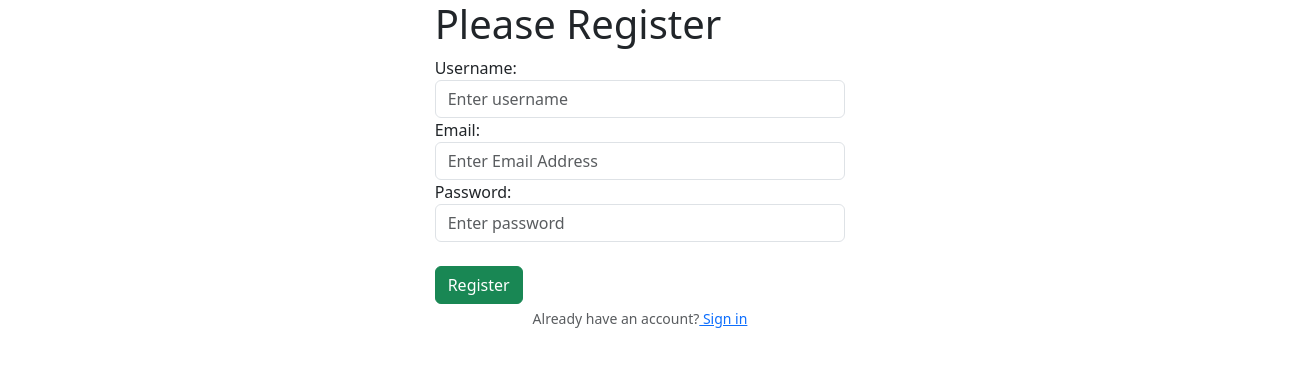
Repository: oksana117/news-app
Page: /register (app in client/)
An editor plug-in stored every save of this project. The page is shown before and after a run of saves, followed by the edit.
The browser window is 1280 px wide. The page is 1292 px wide, so the pictures cover 1292 px, including what lies to the right of the window. The pictures show the whole page.
The project was rebuilt for these pictures with package versions that can differ from the ones it lists, and the page was loaded fresh each time. Also part of the build but not shown: client/vite.config.js, client/src/Login.jsx.

Above is the page before, as saved 2024-09-26 17:29:34.

### client/index.html
<!doctype html>
<html lang="en">

<head>
  <meta charset="UTF-8" />
  <link rel="icon" type="image" href="/newspaper.png" />
  <meta name="viewport" content="width=device-width, initial-scale=1.0" />
  <title>Latest News</title>
</head>

<body>
  <div id="root"></div>
  <script type="module" src="/src/main.jsx"></script>
</body>

</html>

### client/src/main.jsx
import { StrictMode } from 'react'
import { createRoot } from 'react-dom/client'

import App from './App.jsx'
import 'font-awesome/css/font-awesome.min.css';
//import './index.css'

createRoot(document.getElementById('root')).render(
  <StrictMode>
    <App />
  </StrictMode>,
)

### client/src/App.jsx

import 'bootstrap/dist/css/bootstrap.min.css'
import Register from './Register'
import Login from './Login'
import {BrowserRouter, Routes, Route} from 'react-router-dom'

//import reactLogo from './assets/react.svg'
//import viteLogo from '/vite.svg'
//import './App.css'

function App() {

  return (

    <BrowserRouter>
      <Routes>
        <Route path='/register' element={<Register />}></Route>
        <Route path='/login' element={<Login/>}></Route>
      </Routes>
    </BrowserRouter>


  )
}

export default App

### client/src/Register.jsx

import { useState } from "react";
import axios from 'axios';
import { useNavigate } from "react-router-dom";

function Register() {

    const [name, SetName] = useState()
    const [email, SetEmail] = useState()
    const [password, SetPassword] = useState()
    const navigate = useNavigate()

    const handleSubmit = (e) => {
        e.preventDefault()
        axios.post('http://localhost:3001/register', { name, email, password }) //to pass the data here
            .then(result => {
                console.log(result)
                navigate('/login')
             })
            .catch(err => console.log(err))

    }

    return(
    <div className="row">
        <div className="offset-md-4 col-md-4">
            <h1 className id="font2">Please Register</h1>
            <form onSubmit={handleSubmit}>
                <fieldset className="form-group">
                    <label className="username"  id="font2">Username: </label>
                        <input type="text" className="form-control" name="username" placeholder="Enter username" id="username" required
                            onChange={(e) => SetName(e.target.value)}
                        />
                </fieldset>


                <fieldset className="form-group">
                    <label htmlFor="email" className id="font2">Email: </label>
                    <input type="email" className="form-control"
                    name="email" placeholder="Enter Email Address"
                    id="email"  onChange={(e) => SetEmail(e.target.value)} required/>
                </fieldset>
                     <fieldset className="form-group">
                    <label htmlFor="password"  id="font2">Password: </label>
                    <input type="password" className="form-control"
                    name="password" placeholder="Enter password"
                    id="password"  onChange={(e) => SetPassword(e.target.value)} required/>
                </fieldset>

                    <br></br>
                <fieldset className="form-group text-right">
                    <button type="submit" className="btn btn-success"> Register  </button>

                </fieldset>
                <p className="text-center text-muted small pt-1">
                    Already have an account?
                    <a href="/login"> Sign in</a>
                </p>

            </form>
        </div>
    </div>

);
}

export default Register;

After the next 2 saves:
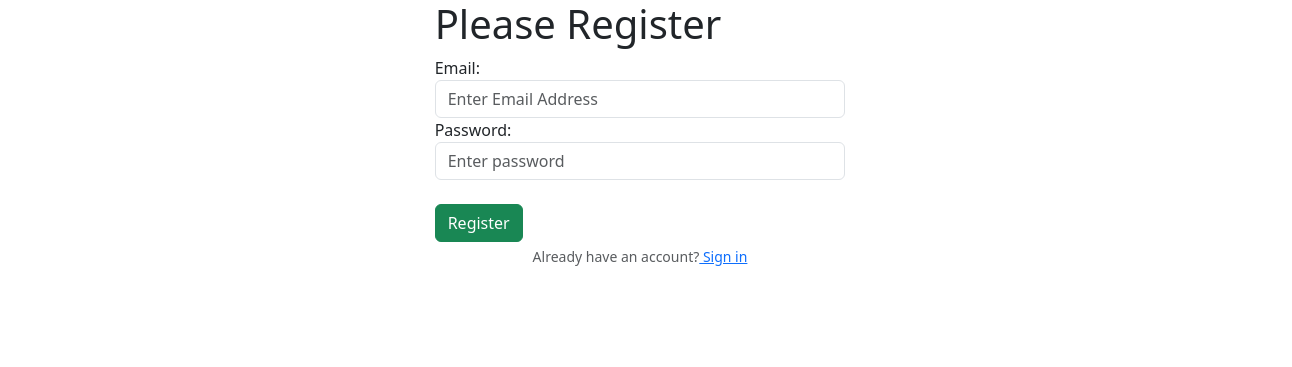
The 2 saves are shown as one change because they came seconds apart.
The last was saved 39 s later.
--- a/client/src/Register.jsx
+++ b/client/src/Register.jsx
@@ -26,14 +26,6 @@ function Register() {
         <div className="offset-md-4 col-md-4">
             <h1 className id="font2">Please Register</h1>
             <form onSubmit={handleSubmit}>
-                <fieldset className="form-group">
-                    <label className="username"  id="font2">Username: </label>
-                        <input type="text" className="form-control" name="username" placeholder="Enter username" id="username" required
-                            onChange={(e) => SetName(e.target.value)}
-                        />
-                </fieldset>
-
-
                 <fieldset className="form-group">
                     <label htmlFor="email" className id="font2">Email: </label>
                     <input type="email" className="form-control"
